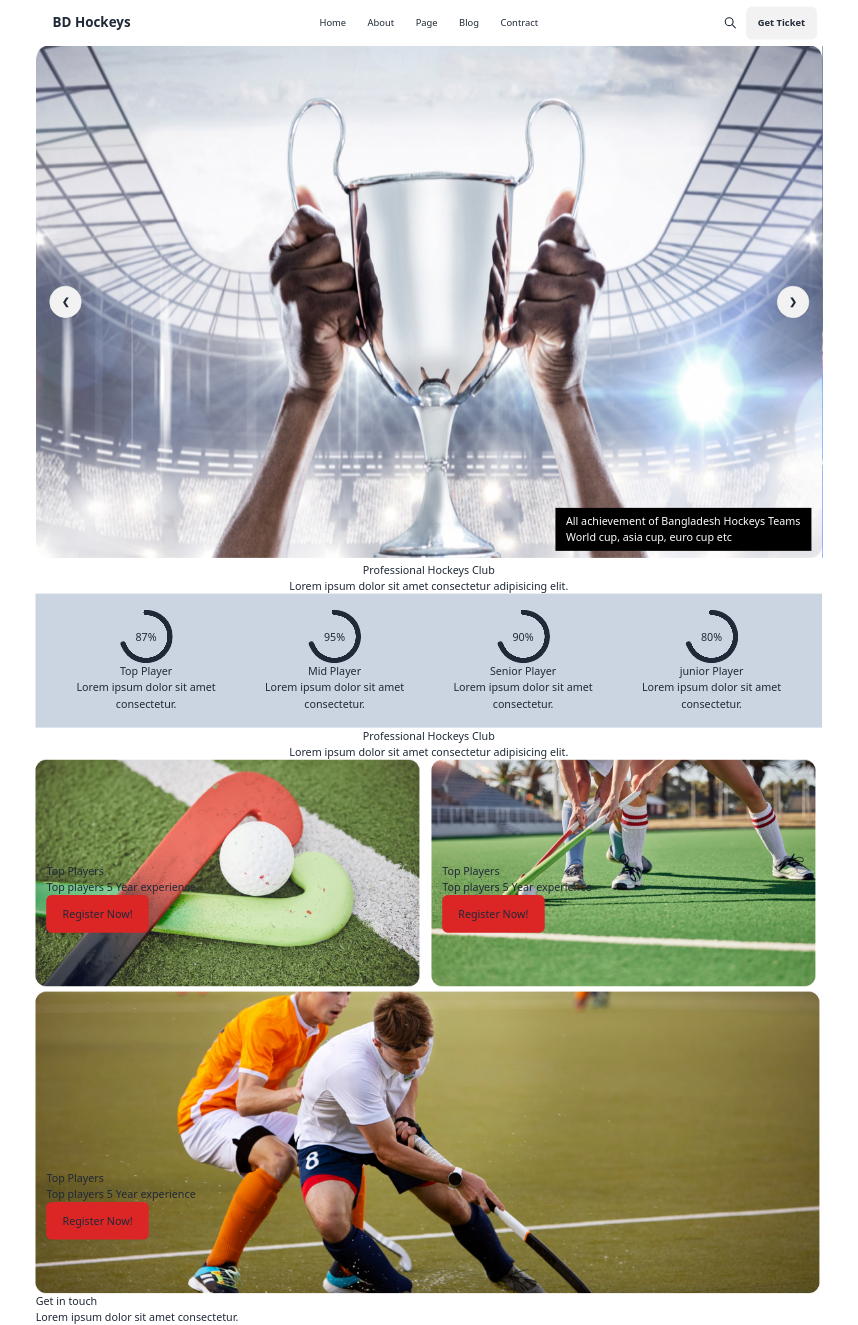
Repository: sumonkumarsarkar/bd-hockeys-team
Page: index.html
These files come from the project's save history. The page is drawn as it stood at one moment and after the next save; the edit follows.
The browser window is 1280 px wide. The pictures show the whole page, at 67% of full size.
Some web libraries are served in a nearby version.

Above is the page before, as saved 2024-01-23 22:57:36.

After the next save:
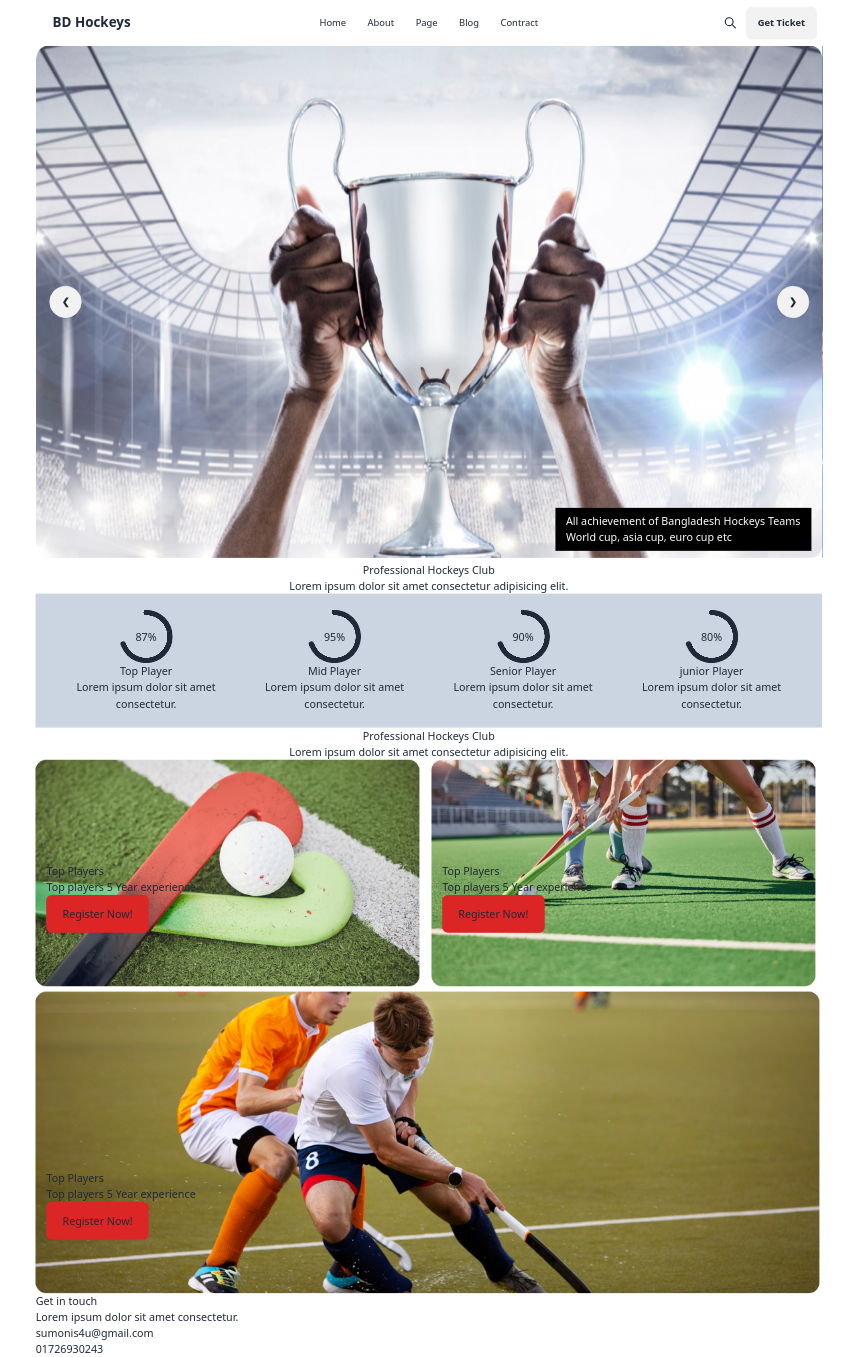
Saved 50 s later.
--- a/index.html
+++ b/index.html
@@ -210,7 +210,8 @@
                 <p>Lorem ipsum dolor sit amet consectetur.</p>
             </div>
              <div>
-                <h2> <span></span></h2>
+                <h2> <span></span>sumonis4u@gmail.com</h2>
+                <h2> <span></span>01726930243</h2>
              </div>
           </div>
         </footer>
